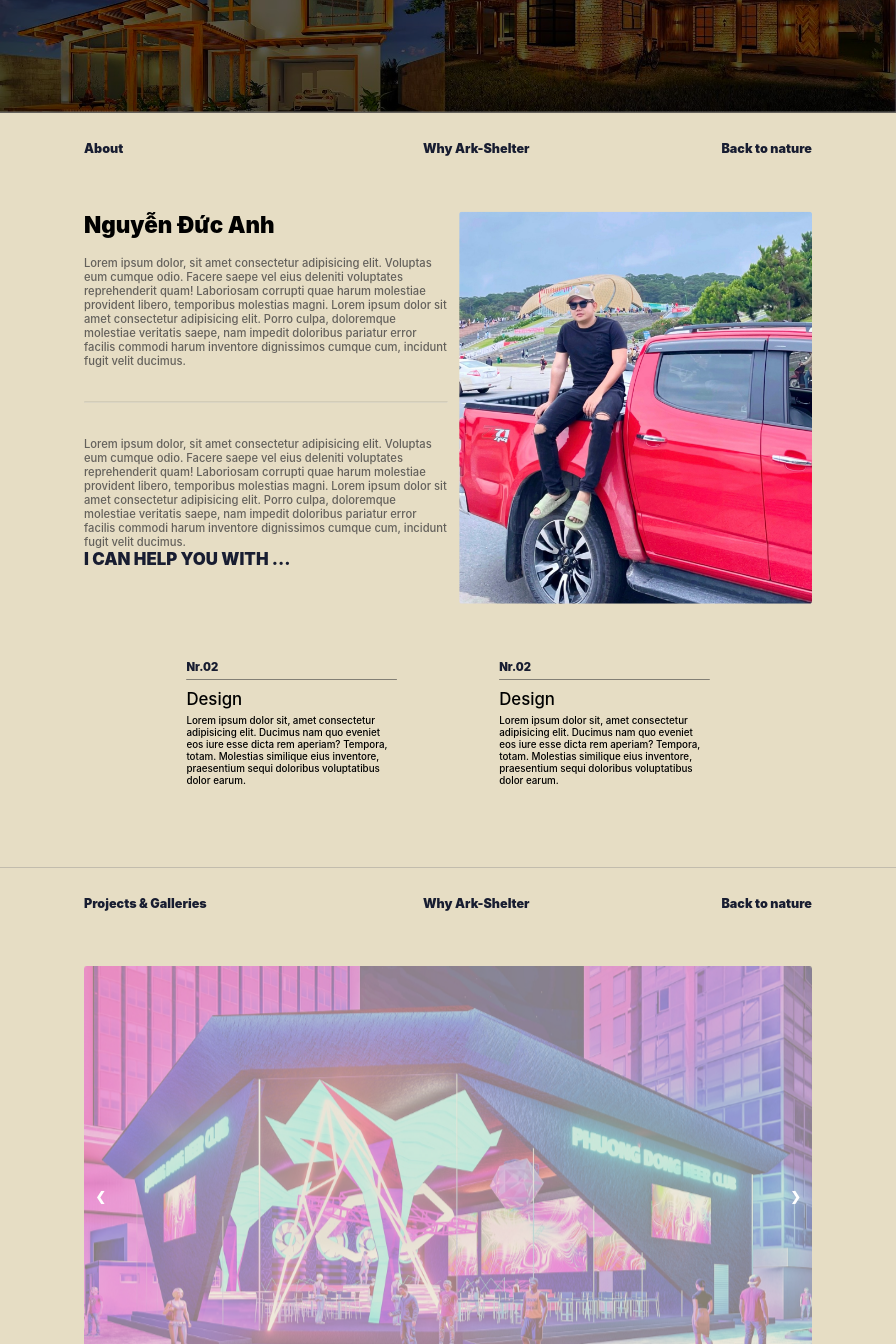
Repository: Ethanxcode/DucAnhNguyen
Page: index.html
These files come from the project's save history. The page is drawn as it stood at one moment and after the next save; the edit follows.
The browser window is 1280 px wide. The pictures show the part of the page from y = 519 to 2439 px (the page is 5378 px tall), at 70% of full size.

Above is the page before, as saved 2023-01-30 15:44:44.

After the next save:
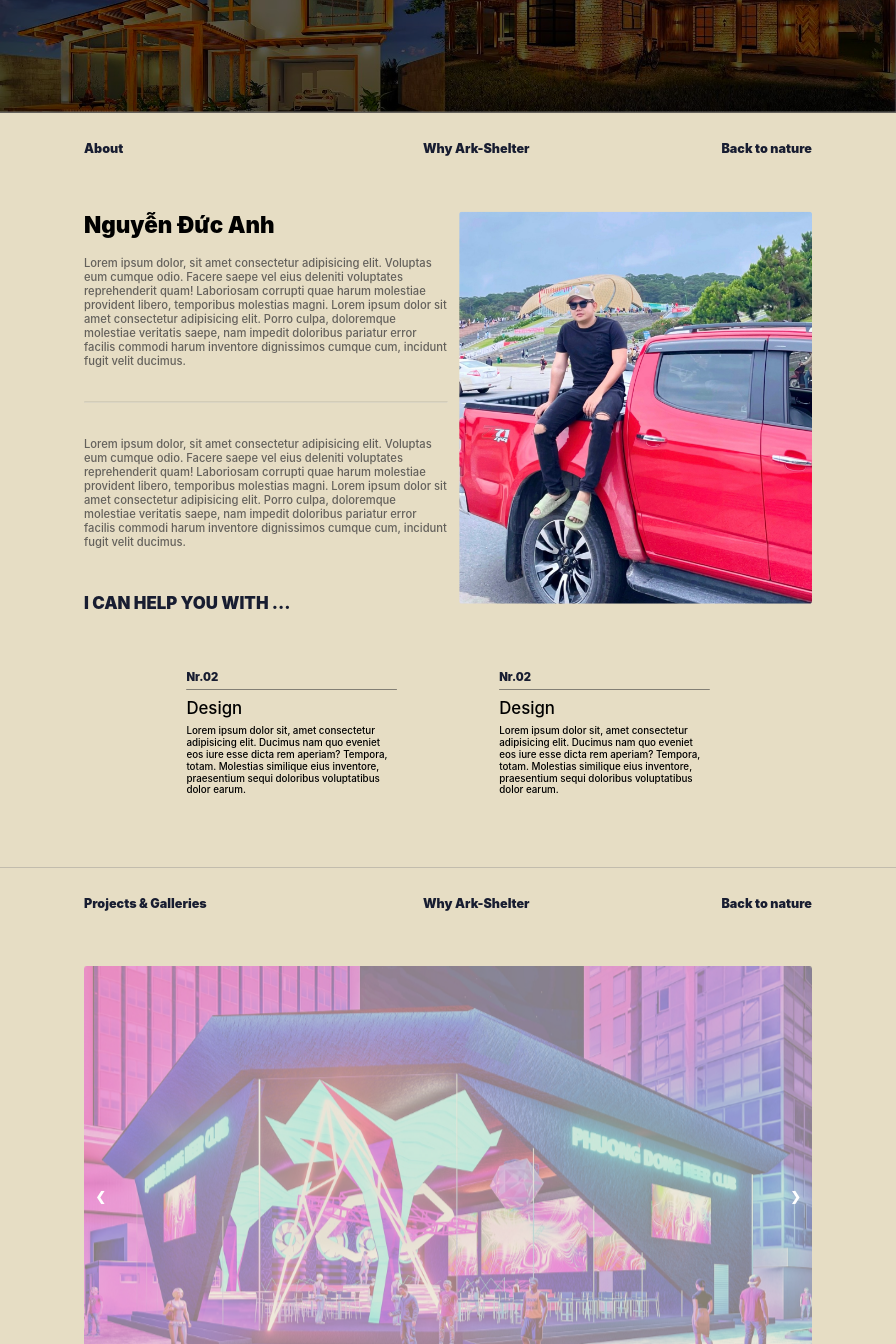
Saved 29 s later.
--- a/index.html
+++ b/index.html
@@ -97,7 +97,7 @@
 						facilis commodi harum inventore dignissimos cumque cum, incidunt
 						fugit velit ducimus.
 					</p>
-					<p class="inter-black-eerie-black-24px ">
+					<p class="inter-black-eerie-black-24px " style="padding-top: 64px;">
 						I CAN HELP YOU WITH ...
 					</p>
 				</div>

After the save that followed:
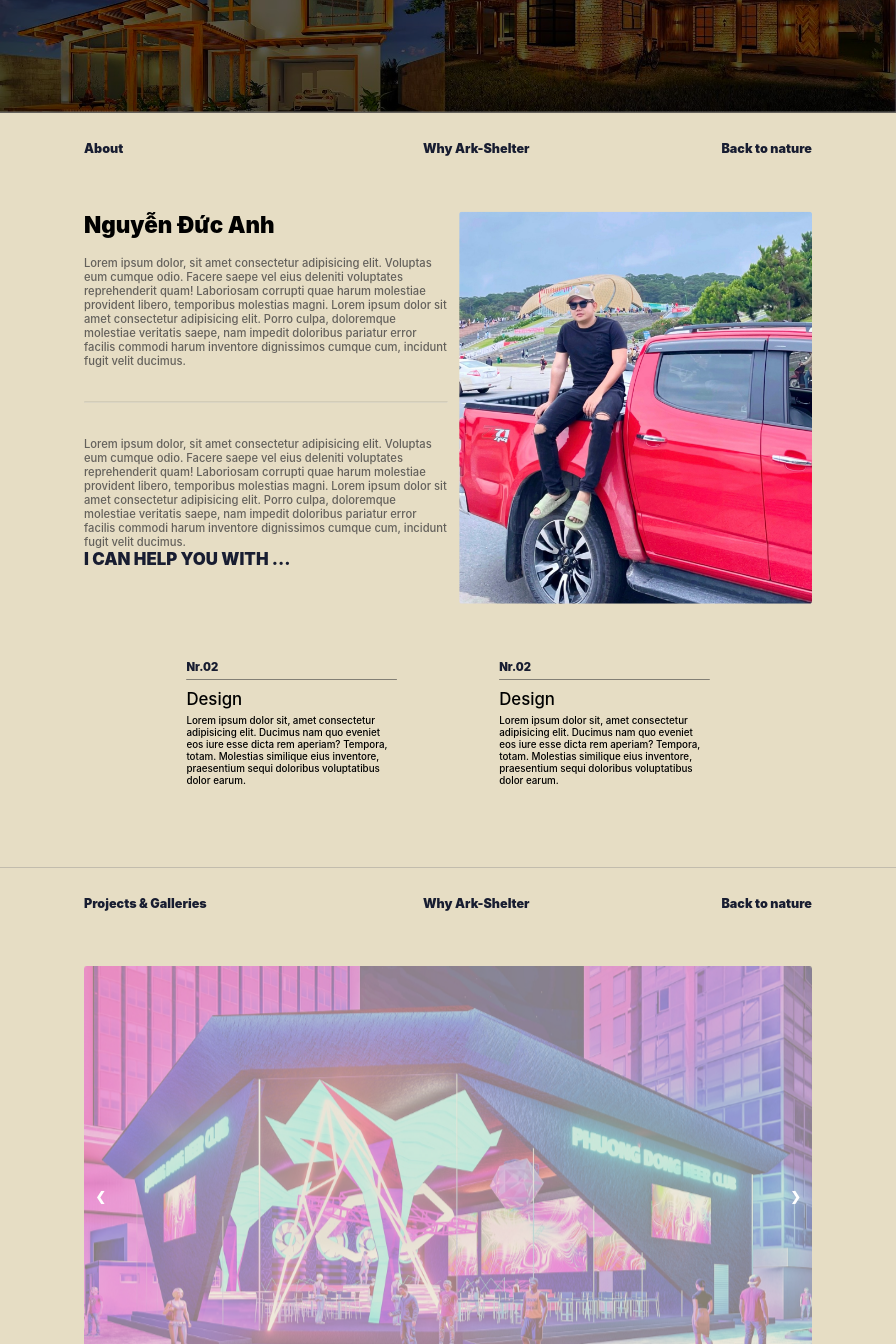
Saved 9 min 49 s later.
--- a/index.html
+++ b/index.html
@@ -97,7 +97,7 @@
 						facilis commodi harum inventore dignissimos cumque cum, incidunt
 						fugit velit ducimus.
 					</p>
-					<p class="inter-black-eerie-black-24px " style="padding-top: 64px;">
+					<p class="inter-black-eerie-black-24px " >
 						I CAN HELP YOU WITH ...
 					</p>
 				</div>
